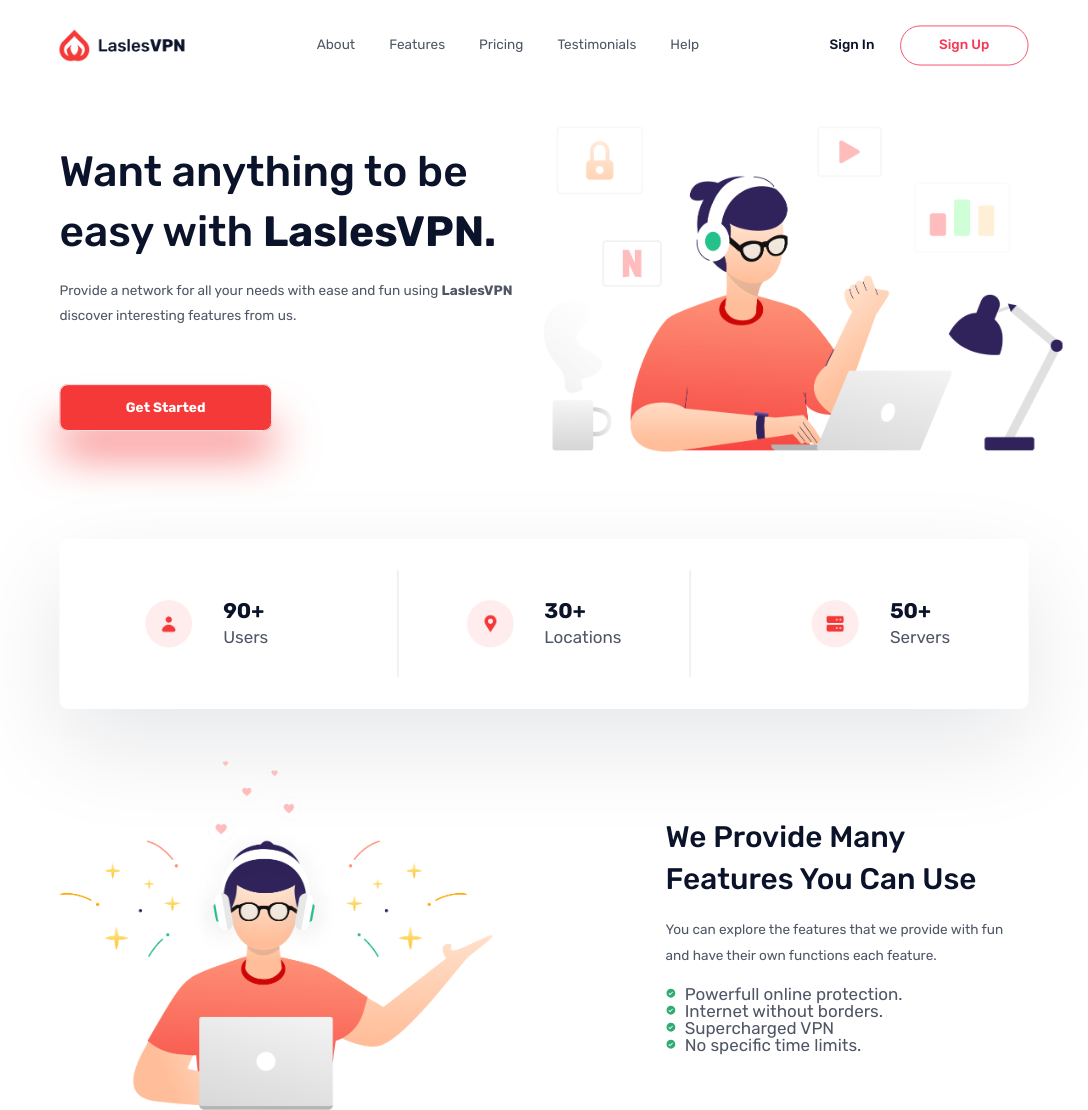
Repository: thefellowshiplotr/lasles_recode
Page: index.html
These files come from the project's save history. The page is drawn as it stood at one moment and after the next save; the edit follows.
The browser window is 1280 px wide. The pictures show the whole page, at 85% of full size.
The style sheet was rebuilt from its Sass, Less or Tailwind sources for each picture, by a compiler version that may differ from the author's.

Above is the page before, as saved 2022-10-28 15:21:44.

After the next save:
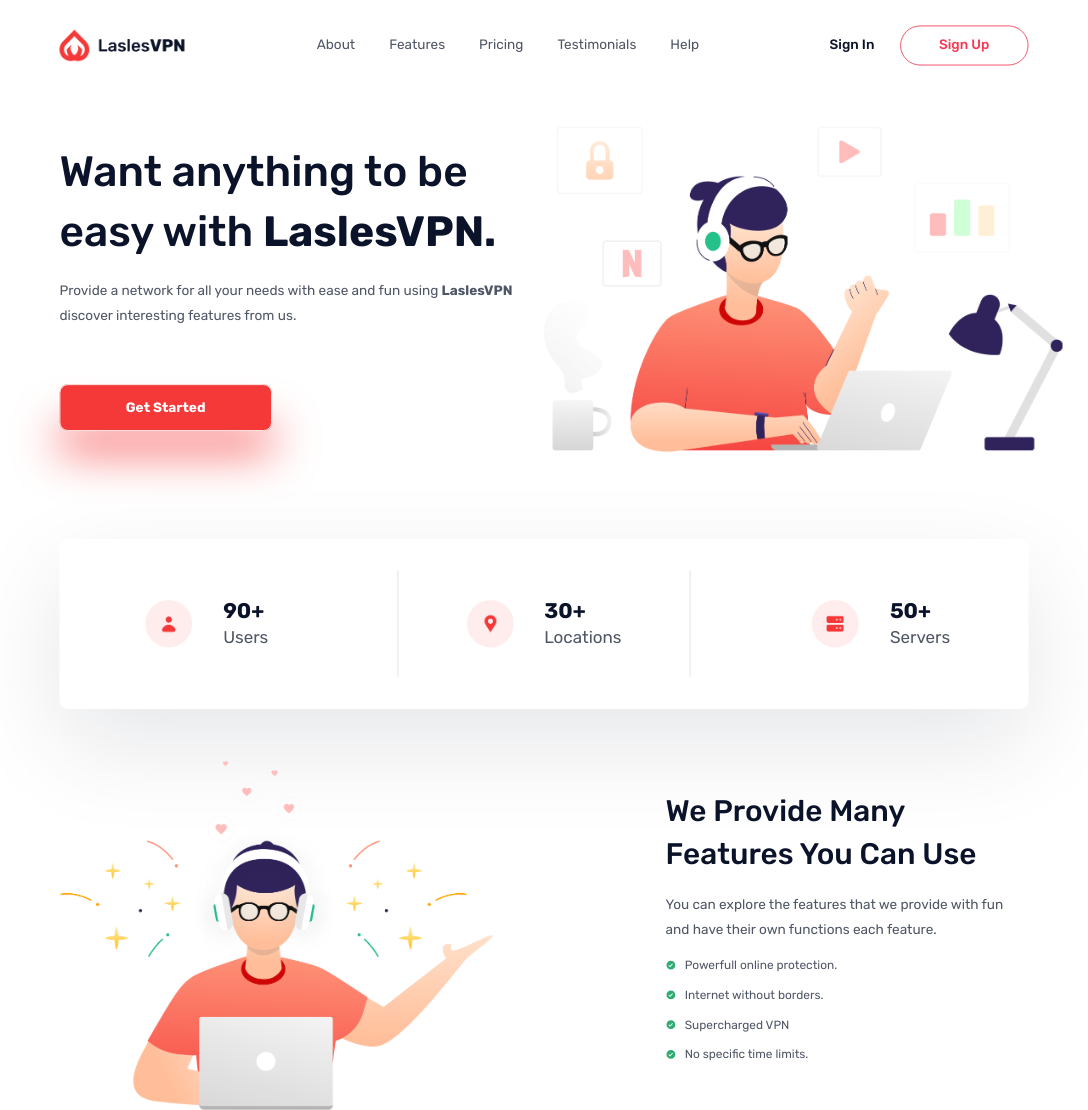
Saved 95 s later.
--- a/sass/_feature.scss
+++ b/sass/_feature.scss
@@ -24,6 +24,7 @@
     justify-content: flex-start;
     align-items: center;
     gap: 0 10px;
-    font-size: 20px;
+    font-size: 14px;
+    margin-bottom: 21px;
   }
 }
